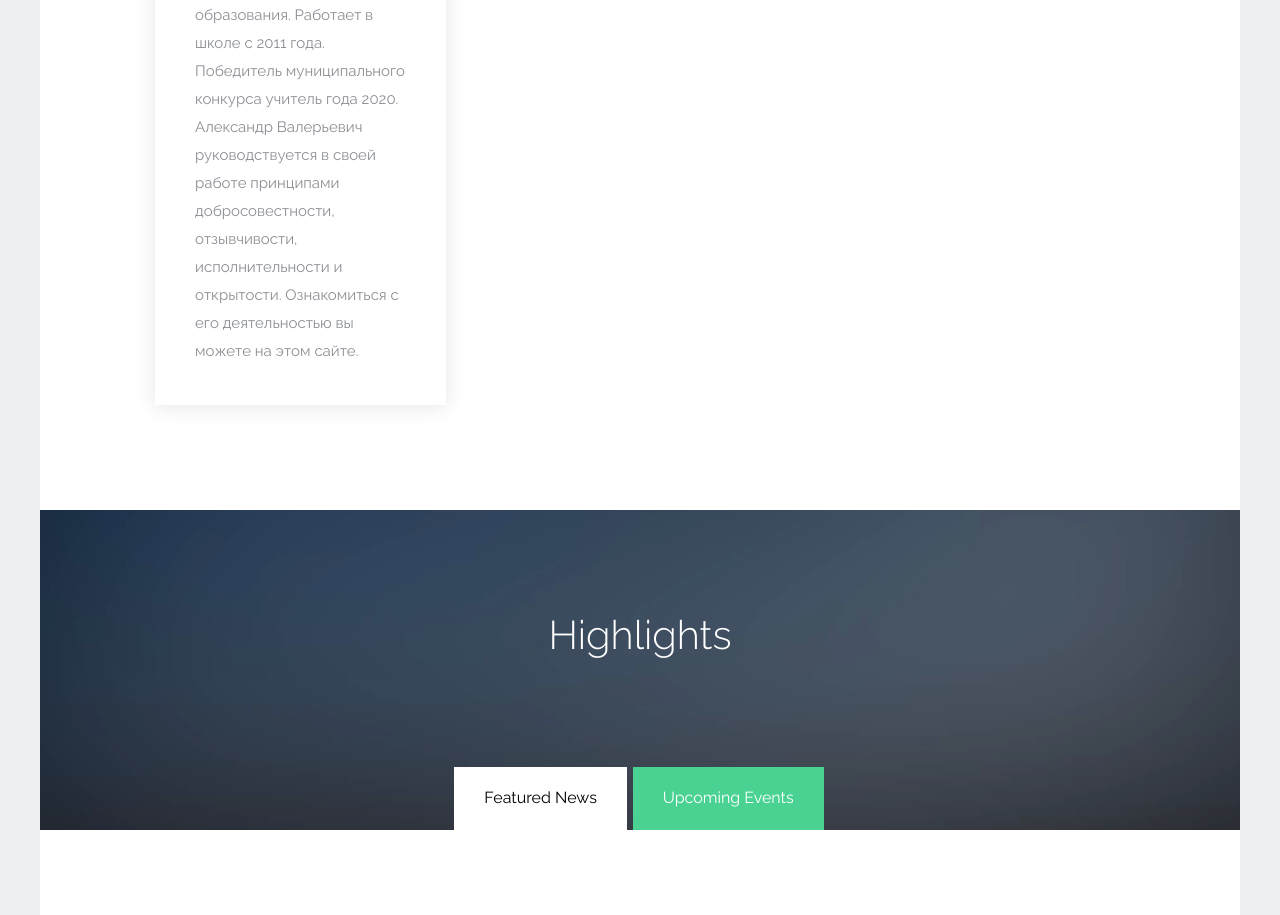
Repository: tarabrin-aleksander/tarabrin-aleksander
Page: index.html
These files come from the project's save history. The page is drawn as it stood at one moment and after the next save; the edit follows.
The browser window is 1280 px wide. The pictures show the part of the page from y = 1481 to 2396 px (the page is 3132 px tall).
A picture or video elsewhere on the page could not be fetched, so the positions and the page height are approximate.

Above is the page before, as saved 2020-01-24 14:33:48.

### index.html
<!DOCTYPE html>
<html lang="en">
  <head>
    <meta charset="utf-8">
    <meta name="viewport" content="width=device-width, initial-scale=1">
    <title>Сайт учителя истории и обществознания Тарабрина Александра Валерьевича</title>
    <meta name="description" content="Сайт учителя истории и обществознания Тарабрина Александра Валерьевича">
    <meta name="keywords" content="free website templates, free bootstrap themes, free template, free bootstrap, free website template">

    <link href="https://fonts.googleapis.com/css?family=Raleway:300,400,500,700|Open+Sans" rel="stylesheet">
    <link rel="stylesheet" href="css/styles-merged.css">
    <link rel="stylesheet" href="css/style.css">
    <link rel="stylesheet" href="css/custom.css">

    <!--[if lt IE 9]>
      <script src="js/vendor/html5shiv.min.js"></script>
      <script src="js/vendor/respond.min.js"></script>
    <![endif]-->
  </head>
  <body>

    <div class="probootstrap-page-wrapper">
      <!-- Fixed navbar -->

      <div class="probootstrap-header-top">
        <div class="container">
          <div class="row">
            <div class="col-lg-9 col-md-9 col-sm-9 probootstrap-top-quick-contact-info">
              <span><i class="icon-location2"></i>Иркутская обл. п. Маслая галусная, 2 дом после поворота</span>
              <span><i class="icon-phone2"></i>+79501447503</span>
              <span><i class="icon-mail"></i>tarab@main.com</span>
            </div>
            <div class="col-lg-3 col-md-3 col-sm-3 probootstrap-top-social">
              <ul>
                <li><a href="https://vk.com/rrrtarab">Страница в контакте</a></li>
              </ul>
            </div>
          </div>
        </div>
      </div>
      <nav class="navbar navbar-default probootstrap-navbar">
        <div class="container">
          <div class="navbar-header">
            <div class="btn-more js-btn-more visible-xs">
              <a href="#"><i class="icon-dots-three-vertical "></i></a>
            </div>
            <button type="button" class="navbar-toggle collapsed" data-toggle="collapse" data-target="#navbar-collapse" aria-expanded="false" aria-controls="navbar">
              <span class="sr-only">Toggle navigation</span>
              <span class="icon-bar"></span>
              <span class="icon-bar"></span>
              <span class="icon-bar"></span>
            </button>
            <a class="navbar-brand" href="index.html" title="Сайт учителя истории и обществознания Тарабрина Александра Валерьевича">Сайт учителя истории и обществознания Тарабрина Александра Валерьевича</a>
          </div>

          <div id="navbar-collapse" class="navbar-collapse collapse">
            <ul class="nav navbar-nav navbar-right">
              <li><a href="courses.html">Для учеников</a></li>
              <li><a href="teachers.html">Для учителей</a></li>
              <li><a href="events.html">Для родитилей</a></li>
            </ul>
          </div>
        </div>
      </nav>

      <section class="flexslider">
        <ul class="slides">
          <li style="background-image: url(img/slider/1.jpg)" class="overlay">
            <div class="container">
              <div class="row">
                <div class="col-md-8 col-md-offset-2">
                  <div class="probootstrap-slider-text text-center">
                    <h1 class="probootstrap-heading probootstrap-animate">Детей надо учить тому, что пригодится им, когда они вырастут.</h1>
                  </div>
                </div>
              </div>
            </div>
          </li>
          <li style="background-image: url(img/slider/2.jpg)" class="overlay">
            <div class="container">
              <div class="row">
                <div class="col-md-8 col-md-offset-2">
                  <div class="probootstrap-slider-text text-center">
                    <h1 class="probootstrap-heading probootstrap-animate">Образование – то, что остается после того, когда забывается все, чему учили</h1>
                  </div>
                </div>
              </div>
            </div>

          </li>
          <li style="background-image: url(img/slider/3.jpg)" class="overlay">
            <div class="container">
              <div class="row">
                <div class="col-md-8 col-md-offset-2">
                  <div class="probootstrap-slider-text text-center">
                    <h1 class="probootstrap-heading probootstrap-animate">Борись с безграмотностью, сопротивляйся невежеству.</h1>
                  </div>
                </div>
              </div>
            </div>
          </li>
        </ul>
      </section>

      <section class="probootstrap-section probootstrap-section-colored">
        <div class="container">
          <div class="row">
            <div class="col-md-12 text-left section-heading probootstrap-animate">
              <h2>Добро пожаловать на сайт учителя истории и обществознания Тарабрина Александра Валерьевича</h2>
            </div>
          </div>
        </div>
      </section>

      <section class="probootstrap-section">
        <div class="container">
          <div class="row">
            <div class="col-md-12">
              <div class="probootstrap-flex-block">
                <div class="probootstrap-text probootstrap-animate">
                  <h3>Тарабрин Александр Валерьевич</h3>
                  <p>Учитель истории и обществознания. Закончил Восточно-Сибирскую Государственную Академию Образования в 2014 году по направлению Магистр педагогического образования. Работает в  школе с 2011 года.  Победитель муниципального конкурса учитель года 2020. Александр Валерьевич руководствуется в своей работе принципами добросовестности, отзывчивости, исполнительности и открытости. Ознакомиться с его деятельностью вы можете на этом сайте.</p>
                </div>
                <div class="probootstrap-image probootstrap-animate" >
                  <iframe width="560" height="315" src="https://www.youtube.com/embed/rhOAAs1-dIA" frameborder="0" allow="accelerometer; autoplay; encrypted-media; gyroscope; picture-in-picture" allowfullscreen></iframe>
                </div>
              </div>
            </div>
          </div>
        </div>
      </section>

      <section class="probootstrap-section probootstrap-section-colored probootstrap-bg probootstrap-custom-heading probootstrap-tab-section" style="background-image: url(img/slider_2.jpg)">
        <div class="container">
          <div class="row">
            <div class="col-md-12 text-center section-heading probootstrap-animate">
              <h2 class="mb0">Highlights</h2>
            </div>
          </div>
        </div>
        <div class="probootstrap-tab-style-1">
          <ul class="nav nav-tabs probootstrap-center probootstrap-tabs no-border">
            <li class="active"><a data-toggle="tab" href="#featured-news">Featured News</a></li>
            <li><a data-toggle="tab" href="#upcoming-events">Upcoming Events</a></li>
          </ul>
        </div>
      </section>

      <section class="probootstrap-section probootstrap-section">
        <div class="container">
          <div class="row">
            <div class="col-md-12">

              <div class="tab-content">

                <div id="featured-news" class="tab-pane fade in active">
                  <div class="row">
                    <div class="col-md-12">
                      <div class="owl-carousel" id="owl1">
                        <div class="item">
                          <a href="#" class="probootstrap-featured-news-box">
                            <figure class="probootstrap-media"><img src="img/awards/1.jpg" alt="Free Bootstrap Template by uicookies.com" class="img-responsive"></figure>
                            <div class="probootstrap-text">
                            </div>
                          </a>
                        </div>
                        <!-- END item -->
                        <div class="item">
                          <a href="#" class="probootstrap-featured-news-box">
                            <figure class="probootstrap-media"><img src="img/awards/2.jpg" alt="Free Bootstrap Template by uicookies.com" class="img-responsive"></figure>
                            <div class="probootstrap-text">
                            </div>
                          </a>
                        </div>
                        <!-- END item -->
                        <div class="item">
                          <a href="#" class="probootstrap-featured-news-box">
                            <figure class="probootstrap-media"><img src="img/awards/3.jpg" alt="Free Bootstrap Template by uicookies.com" class="img-responsive"></figure>
                            <div class="probootstrap-text">
                            </div>
                          </a>
                        </div>
                        <!-- END item -->
                        <div class="item">
                          <a href="#" class="probootstrap-featured-news-box">
                            <figure class="probootstrap-media"><img src="img/awards/4.jpg" alt="Free Bootstrap Template by uicookies.com" class="img-responsive"></figure>
                            <div class="probootstrap-text">
                            </div>
                          </a>
                        </div>
                        <!-- END item -->
                      </div>
                    </div>
                  </div>
                </div>
              </div>

            </div>
          </div>
        </div>
      </section>

      <footer class="probootstrap-footer probootstrap-bg">
        <div class="probootstrap-copyright">
          <div class="container">
            <div class="row">
              <div class="col-md-8 text-left">
                <p>Сайт учителя истории и обществознания Тарабрина Александра Валерьевича</p>
              </div>
            </div>
          </div>
        </div>
      </footer>

    </div>
    <!-- END wrapper -->


    <script src="js/scripts.min.js"></script>
    <script src="js/main.min.js"></script>
    <script src="js/custom.js"></script>

  </body>
</html>

Loaded but not shown: css/styles-merged.css (library); css/custom.css (common file); js/scripts.min.js (library); js/main.min.js (library); js/custom.js (common file); css/style.css (3100 lines, source omitted)

After the next save:
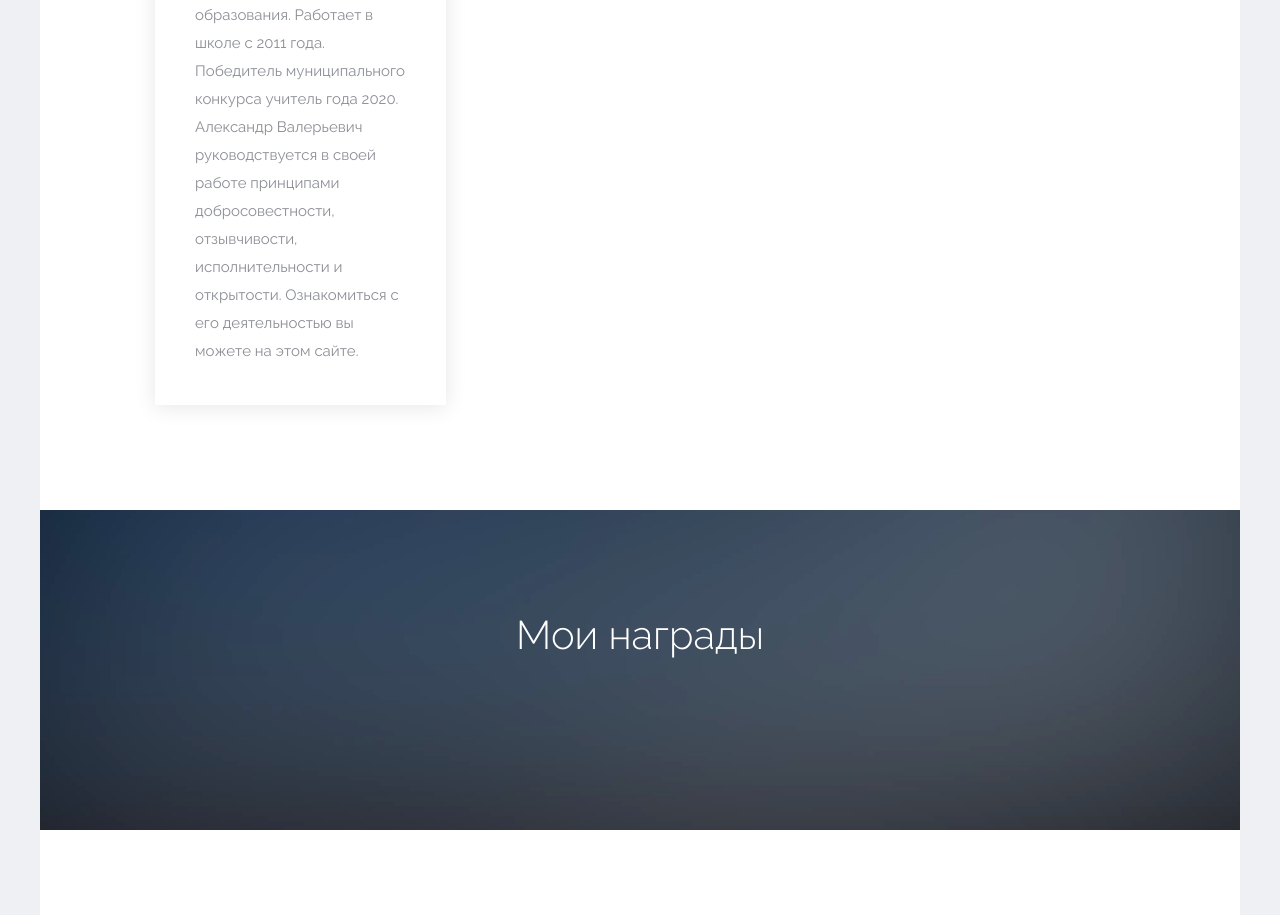
Saved 71 s later.
--- a/index.html
+++ b/index.html
@@ -134,15 +134,9 @@
         <div class="container">
           <div class="row">
             <div class="col-md-12 text-center section-heading probootstrap-animate">
-              <h2 class="mb0">Highlights</h2>
-            </div>
-          </div>
-        </div>
-        <div class="probootstrap-tab-style-1">
-          <ul class="nav nav-tabs probootstrap-center probootstrap-tabs no-border">
-            <li class="active"><a data-toggle="tab" href="#featured-news">Featured News</a></li>
-            <li><a data-toggle="tab" href="#upcoming-events">Upcoming Events</a></li>
-          </ul>
+              <h2 class="mb0">Мои награды</h2>
+            </div>
+          </div>
         </div>
       </section>
 
